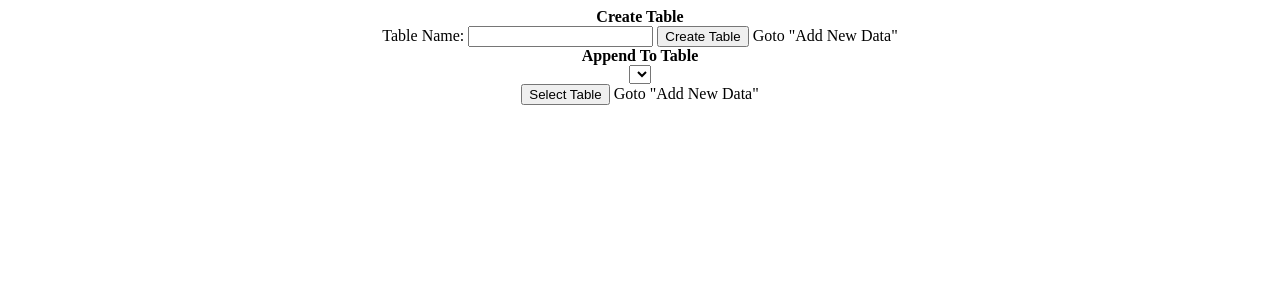
Repository: kemiporto/cmpe272-group12
Page: http://localhost/ESPAWSProject/createTable.jsp
An editor plug-in stored every save of this project. The page is shown before and after the next save, followed by the edit.
The browser window is 1280 px wide. The pictures show the whole page.
The page is served by Tomcat 9. Other server files are loaded and not shown.

Above is the page before, as saved 2014-04-18 05:23:25.

### AWS/ESPAWSProject/WebContent/createTable.jsp
<html>
<head>
<title>Create Table</title>
</head>

<body>
	<div>
		<div style="font-weight: bold; text-align: center">Create Table</div>
		<div style="text-align: center">
			Table Name: <input type="text" value="" />
			<input type="button" value="Create Table" /> Goto "Add New Data"
		</div>

		<div style="font-weight: bold; text-align: center">Append To
			Table</div>
		<div style="text-align: center">
			<select>
				<option value="Table Name"></option>
			</select>
		</div>
		<div style="text-align: center">
			<input type="button" value="Select Table" /> Goto "Add New Data"
		</div>
	</div>
</body>
</html>

After the next save:
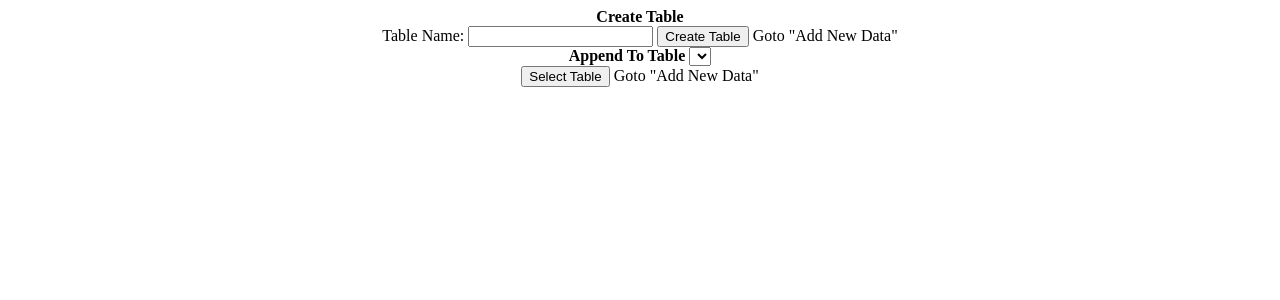
Saved 18 s later.
--- a/AWS/ESPAWSProject/WebContent/createTable.jsp
+++ b/AWS/ESPAWSProject/WebContent/createTable.jsp
@@ -11,9 +11,8 @@
 			<input type="button" value="Create Table" /> Goto "Add New Data"
 		</div>
 
-		<div style="font-weight: bold; text-align: center">Append To
-			Table</div>
-		<div style="text-align: center">
+		<div style="font-weight: bold; text-align: center">
+			Append To Table
 			<select>
 				<option value="Table Name"></option>
 			</select>
